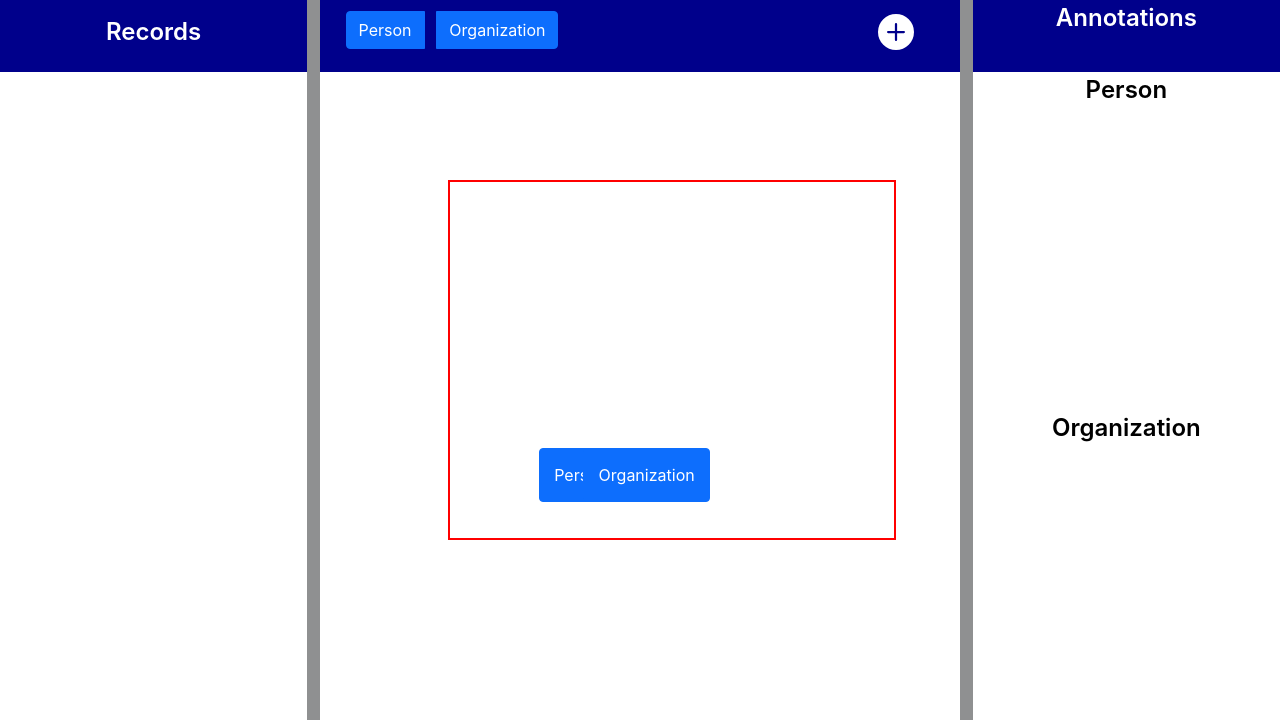
Repository: napan24/classforma_assignment
Page: / (app in client/)
The author's editor kept a copy of each file at every save. The page is drawn from the files as they stood at one save, then again after the next save.
The browser window is 1280 px wide. The pictures show the whole page.
The project was rebuilt for these pictures with package versions that can differ from the ones it lists, and the page was loaded fresh each time. Also part of the build but not shown: client/src/App.css.

Above is the page before, as saved 2022-07-20 16:41:44.

After the next save:
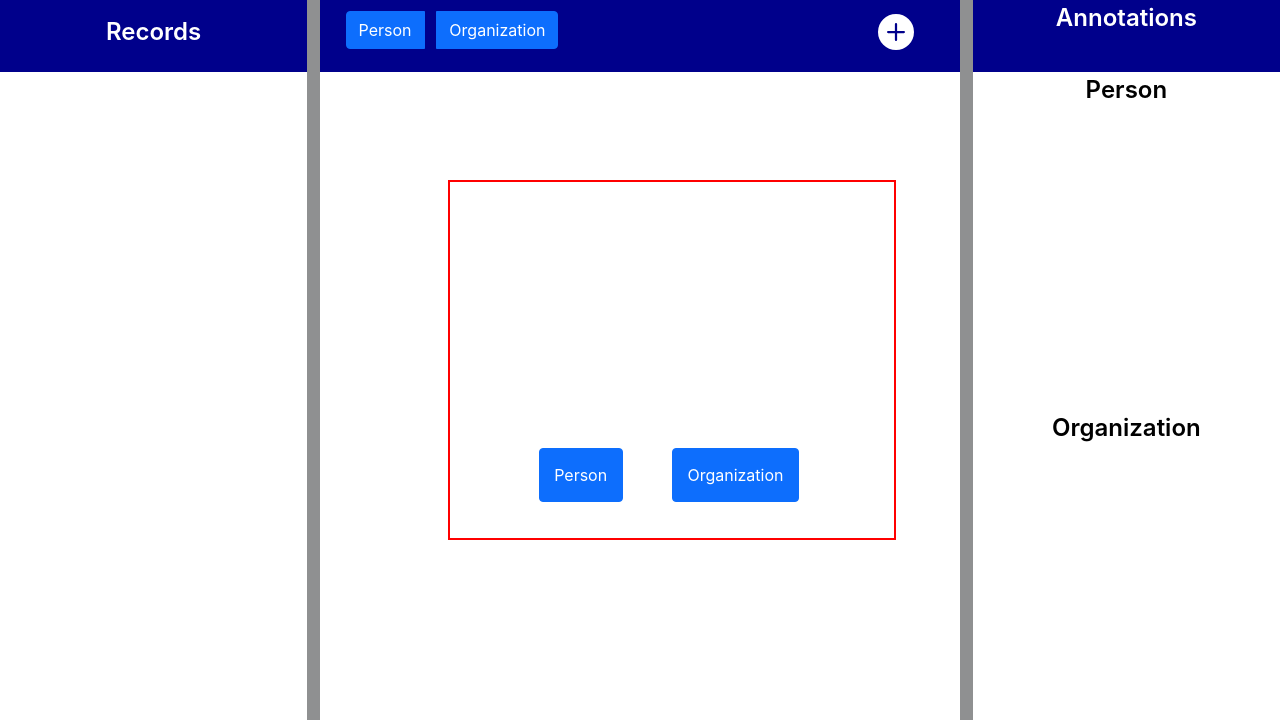
Saved 4 s later.
--- a/client/src/Home.js
+++ b/client/src/Home.js
@@ -58,7 +58,7 @@ const Home = () => {
         <>
             <div style={{ height: "50vh", width: "35vw", backgroundColor: "white", position: "absolute", zIndex: '2', left: "35%", top: "25%", border: "2px solid red" }}>
                 <button type="button" class="btn btn-primary" style={{ marginRight: "1vw",position:"absolute",bottom:"10%",left:"20%",padding:"2vh" }}>Person</button>
-                <button style={{ marginRight: "1vw",position:"absolute",bottom:"10%",left:"30%",padding:"2vh" }} type="button" class="btn btn-primary">Organization</button>
+                <button style={{ marginRight: "1vw",position:"absolute",bottom:"10%",left:"50%",padding:"2vh" }} type="button" class="btn btn-primary">Organization</button>
             </div>
             <div style={{ display: 'flex', width: "100vw", height: "100vh", backgroundColor: "#8f9091", overflow: "hidden" }}>
                 <div style={{ width: "24vw", height: "100vh", backgroundColor: "white", marginRight: "1vw" }}>
